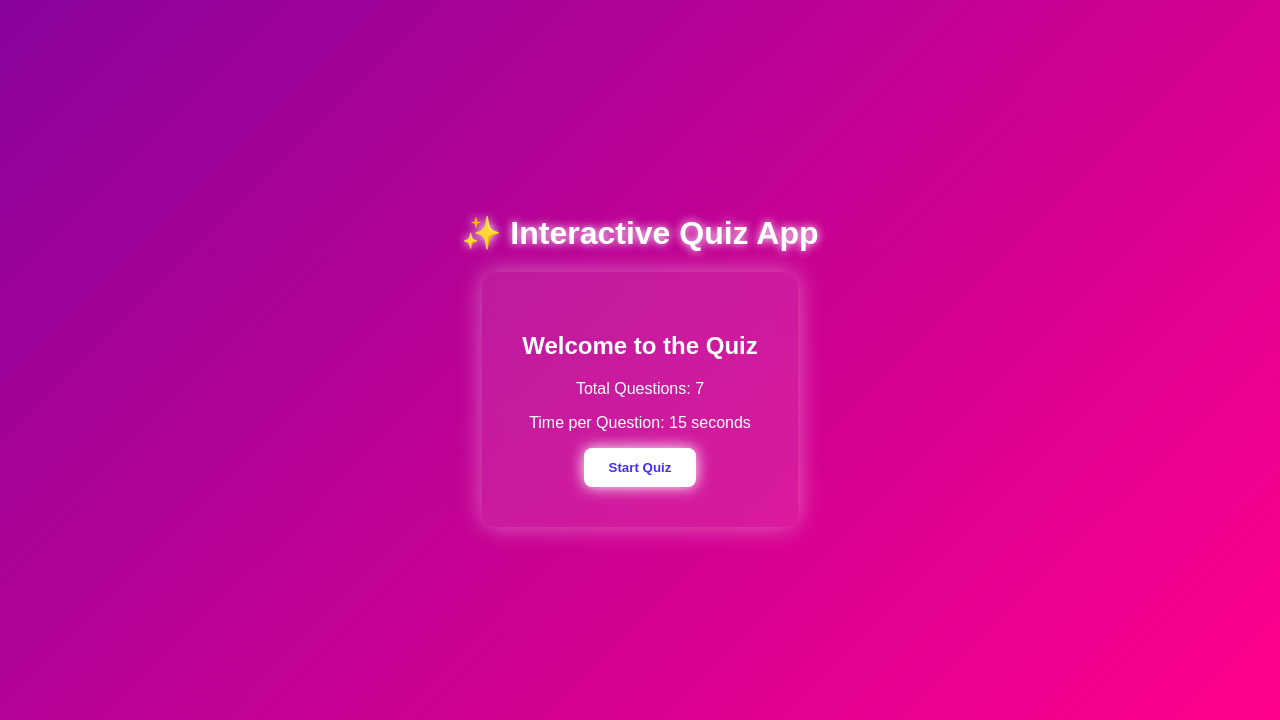
Repository: fatimaqueen9967-eng/SyntacexhubQuizApp
Page: index.html
An editor plug-in stored every save of this project. The page is shown before and after the next save, followed by the edit.
The browser window is 1280 px wide. The pictures show the whole page.

Above is the page before, as saved 2026-03-15 20:30:54.

After the next save:
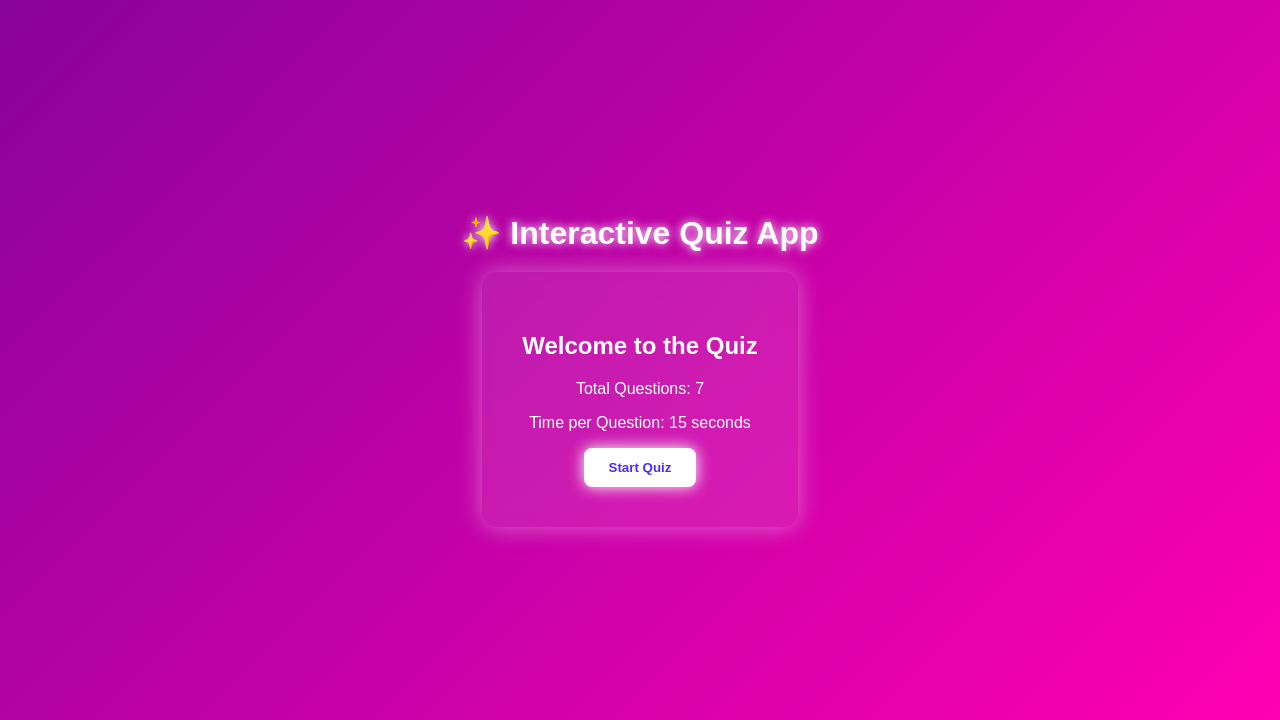
Saved 10 s later.
--- a/style.css
+++ b/style.css
@@ -1,5 +1,5 @@
 body{
-background:linear-gradient(135deg,#89039b,#ff008c);
+background:linear-gradient(135deg,#89039b,#ff00b3);
 font-family:Arial;
 display:flex;
 flex-direction:column;
